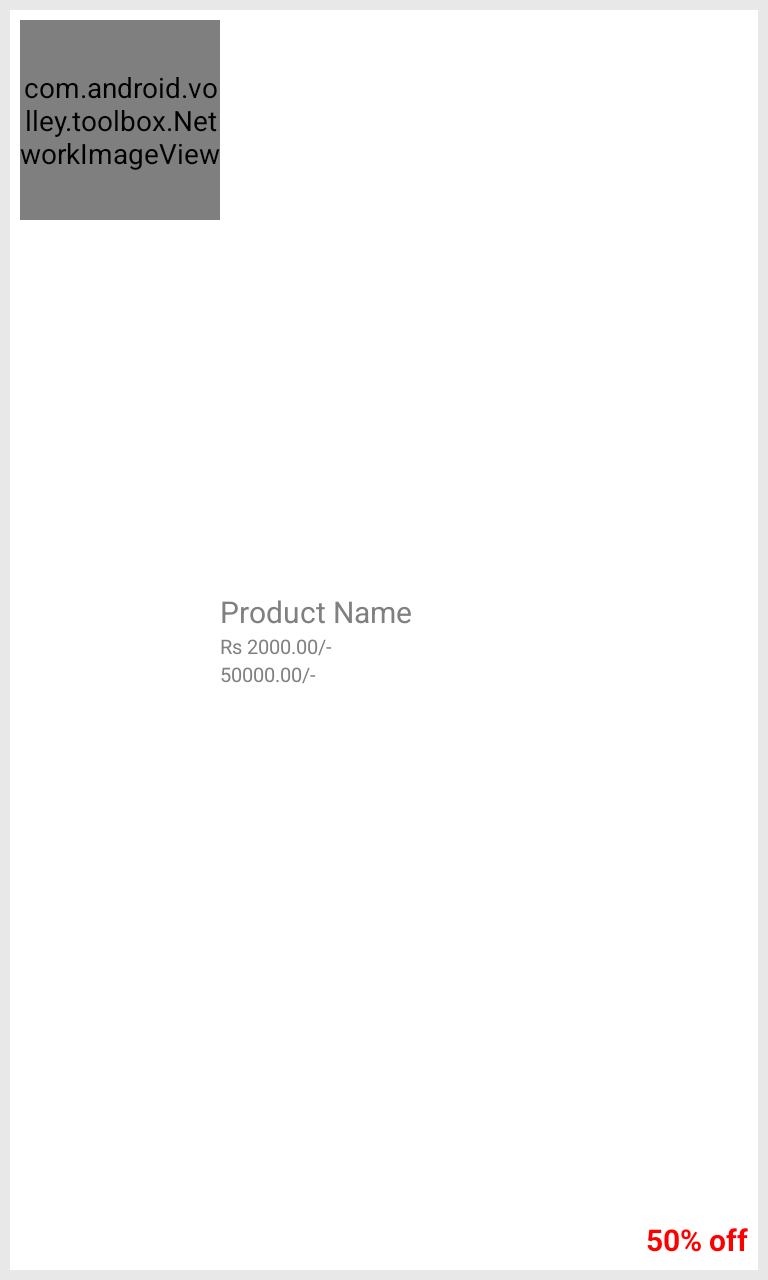
Repository: thisisdemo333/BigDiscount
Layout: BigDiscounts/res/layout/view_lv_search_list.xml
The author's editor kept a copy of each file at every save. The layout is drawn from the files as they stood at one save, then again after the next save.
Pictures or frames that could not be fetched are drawn as grey boxes. It is drawn on a 768 x 1280 px phone screen (xhdpi) without system bars, with theme AppTheme; the app's code is not run.

Above is the layout before, as saved 2015-05-11 05:28:48.

After the next save:
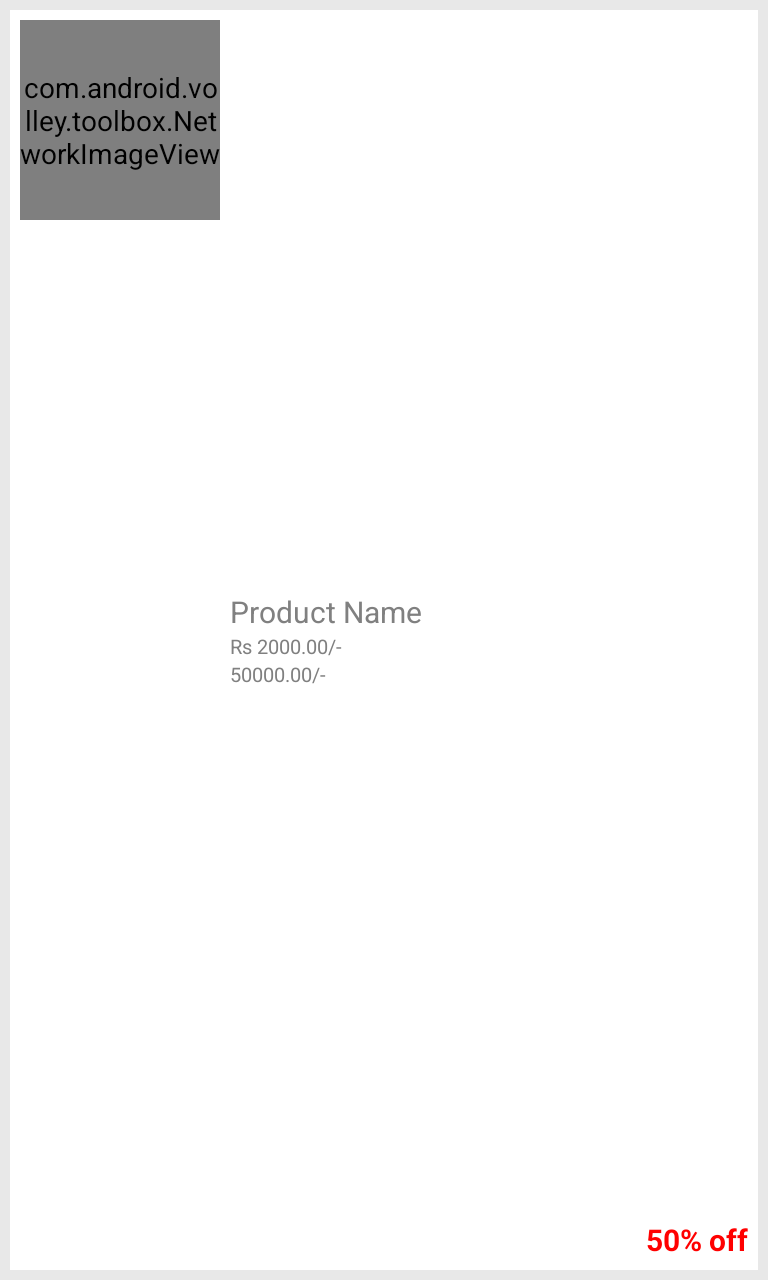
Saved 3 min 5 s later.
--- a/BigDiscounts/res/layout/view_lv_search_list.xml
+++ b/BigDiscounts/res/layout/view_lv_search_list.xml
@@ -40,6 +40,7 @@
             android:layout_height="wrap_content"
             android:layout_centerVertical="true"
             android:layout_toRightOf="@+id/image_loader"
+            android:layout_marginLeft="@dimen/margin_5dp"
             android:orientation="vertical" >
 
             <TextView
